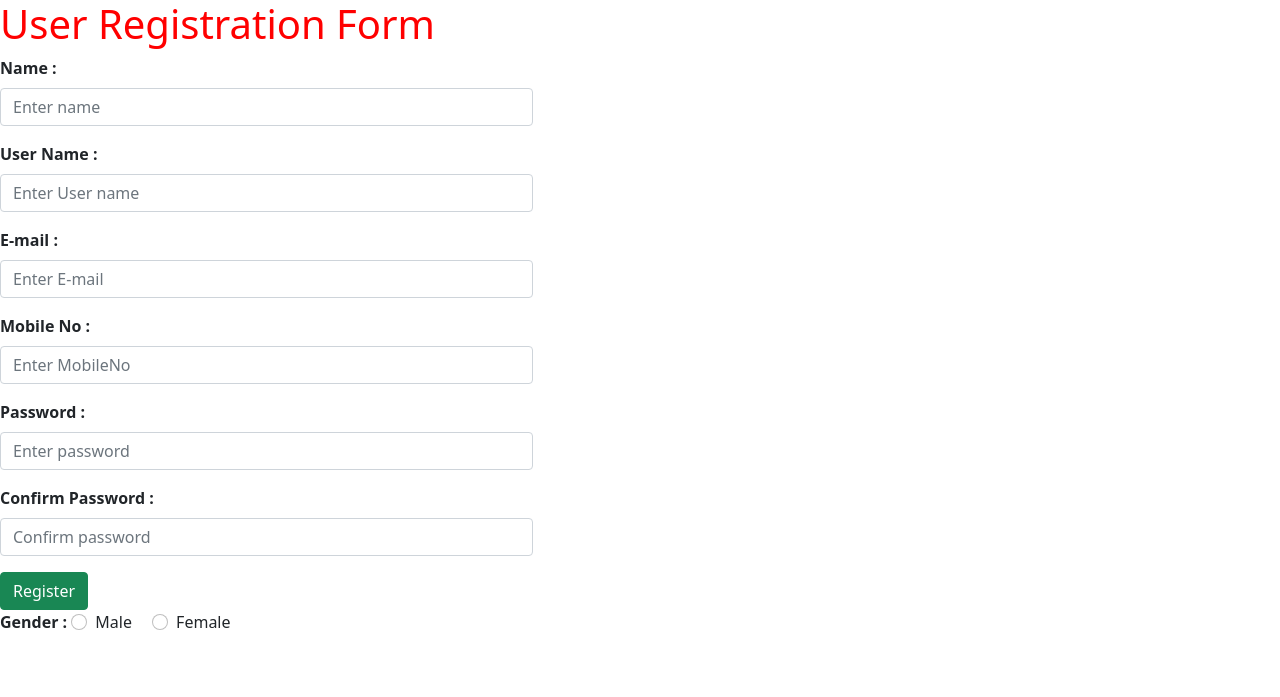
Repository: sntv1005/RegistrationForm
Page: http://localhost/register
An editor plug-in stored every save of this project. The page is shown before and after the next save, followed by the edit.
The browser window is 1280 px wide. The pictures show the whole page.
The page is this project's Thymeleaf template; nobody is signed in. The template is opened directly, without the code that normally fills it, so the values that code supplies are empty.

Above is the page before, as saved 2023-12-01 06:14:27.

After the next save:
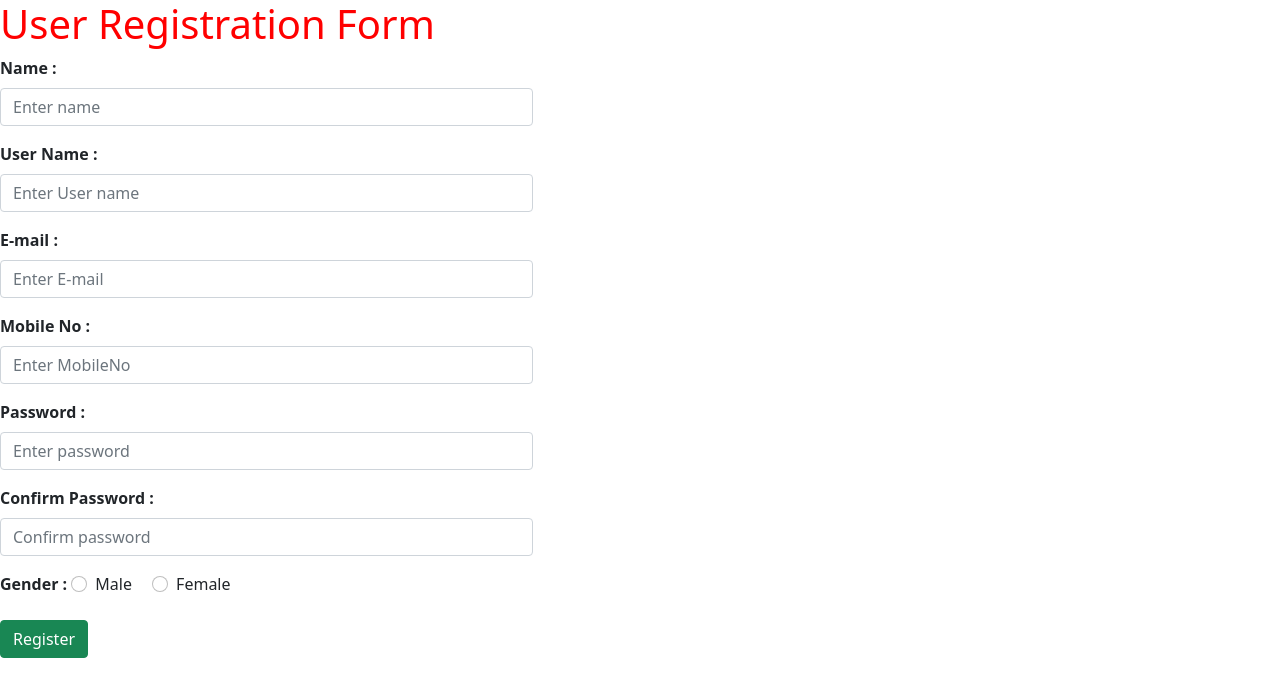
Saved 38 s later.
--- a/RegistrationForm/src/main/resources/templates/register.html
+++ b/RegistrationForm/src/main/resources/templates/register.html
@@ -46,9 +46,7 @@
 			       <input type="password" class="form-control" id="exampleFormControlInput1" placeholder="Confirm password">
 		       </div>
 
-		       <button type="submit " class="btn btn-success"> Register </button>
-
-		       <div class="mb-3" >
+		        <div class="mb-3" >
 				     <label for="exampleFormControlInput1" class="form-label"><b> Gender  : </b></label>
 			        <div class="form-check form-check-inline">
 						  <input class="form-check-input" type="radio" name="inlineRadioOptions" id="inlineRadio1" value="option1">
@@ -59,6 +57,10 @@
 					  <label class="form-check-label" for="inlineRadio2">Female</label>
 					</div>
 				</div>
+
+		       <button type="submit " class="btn btn-success"> Register </button>
+
+
 		  </form>
 
 
